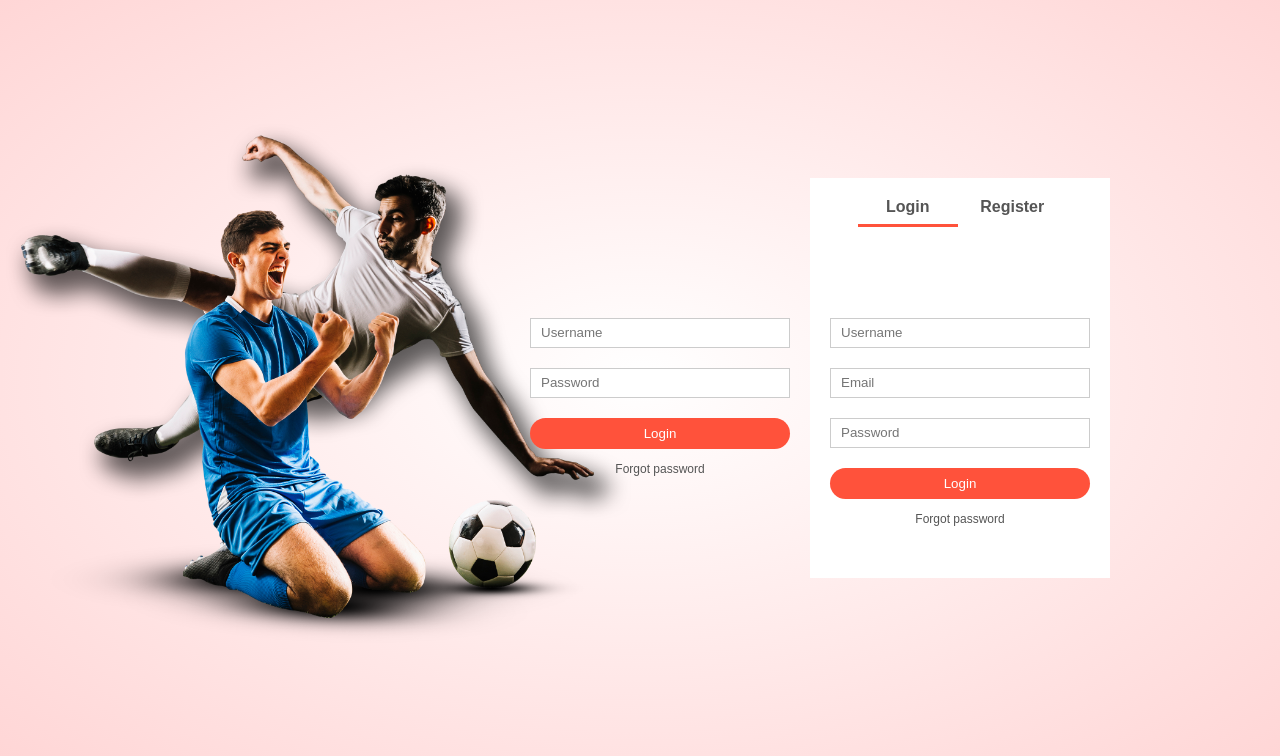
Repository: ritikalohia/tepid-frontend
Page: account.html
The author's editor kept a copy of each file at every save. The page is drawn from the files as they stood at one save, then again after a run of saves.
The browser window is 1280 px wide. The pictures show the whole page.

Above is the page before, as saved 2021-06-09 12:35:50.

After the next 2 saves:
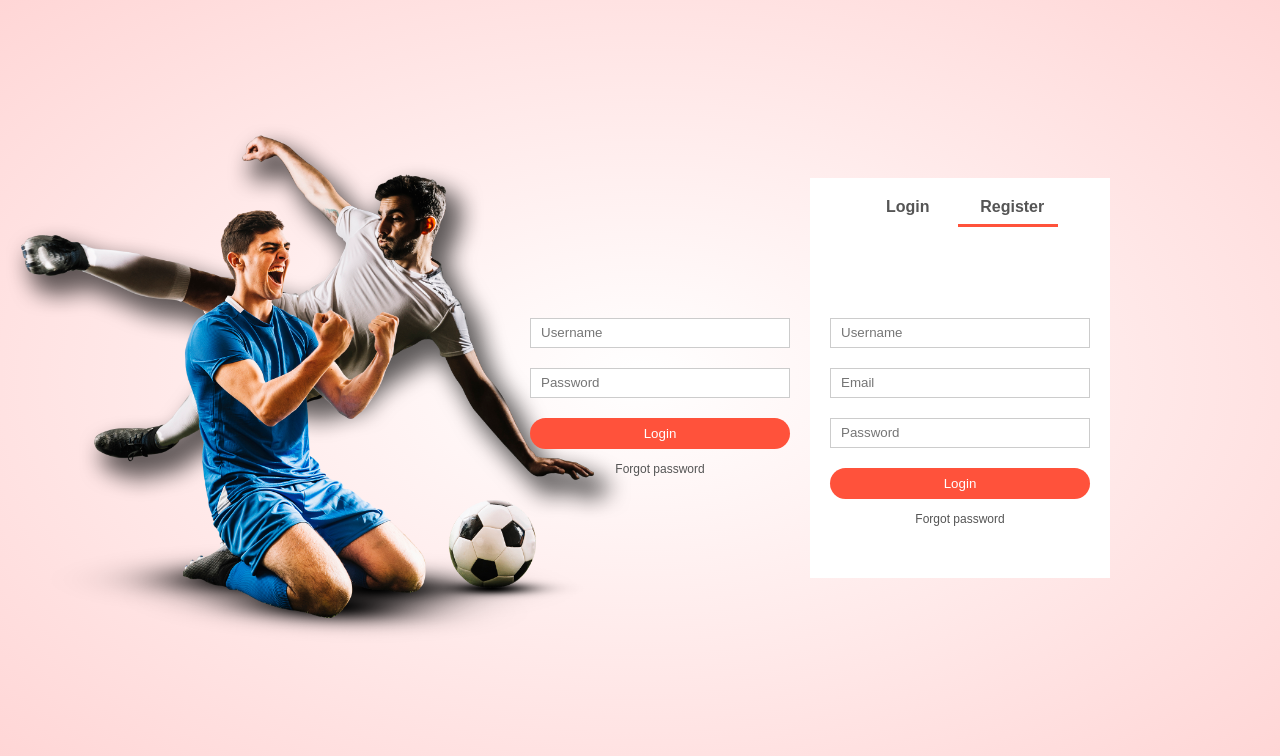
The 2 saves are shown as one change because they came seconds apart.
The last was saved 7 s later.
--- a/style.css
+++ b/style.css
@@ -601,5 +601,5 @@ form a{
     background: #ff523b;
     height:3px;
     margin-top:  8px;
-    transform
-}
+    transform: translateX(100px);
+}
